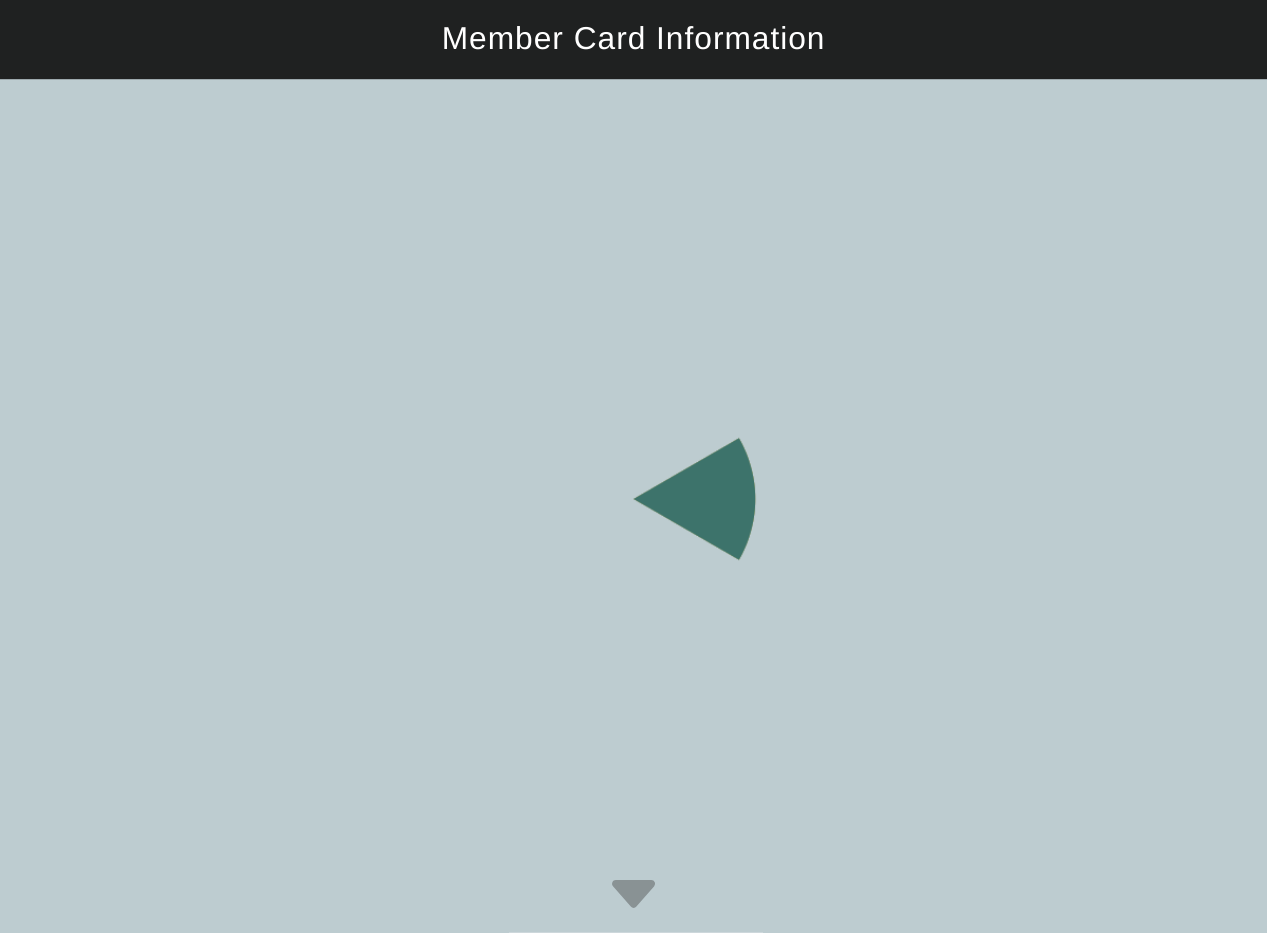
Repository: Leooook/lzhao-fed-test
Page: /
These files come from the project's save history. The page is drawn as it stood at one moment and after the next save; the edit follows.
The browser window is 1280 px wide. The pictures show the whole page, at 99% of full size.
The page's requests for data from a server got no answer. The project was rebuilt for these pictures with package versions that can differ from the ones it lists, and the page was loaded fresh each time. No one was signed in, and anything a server would have sent is missing. Also part of the build but not shown: src/components/detail.jsx.

Above is the page before, as saved 2021-03-15 21:38:05.

After the next save:
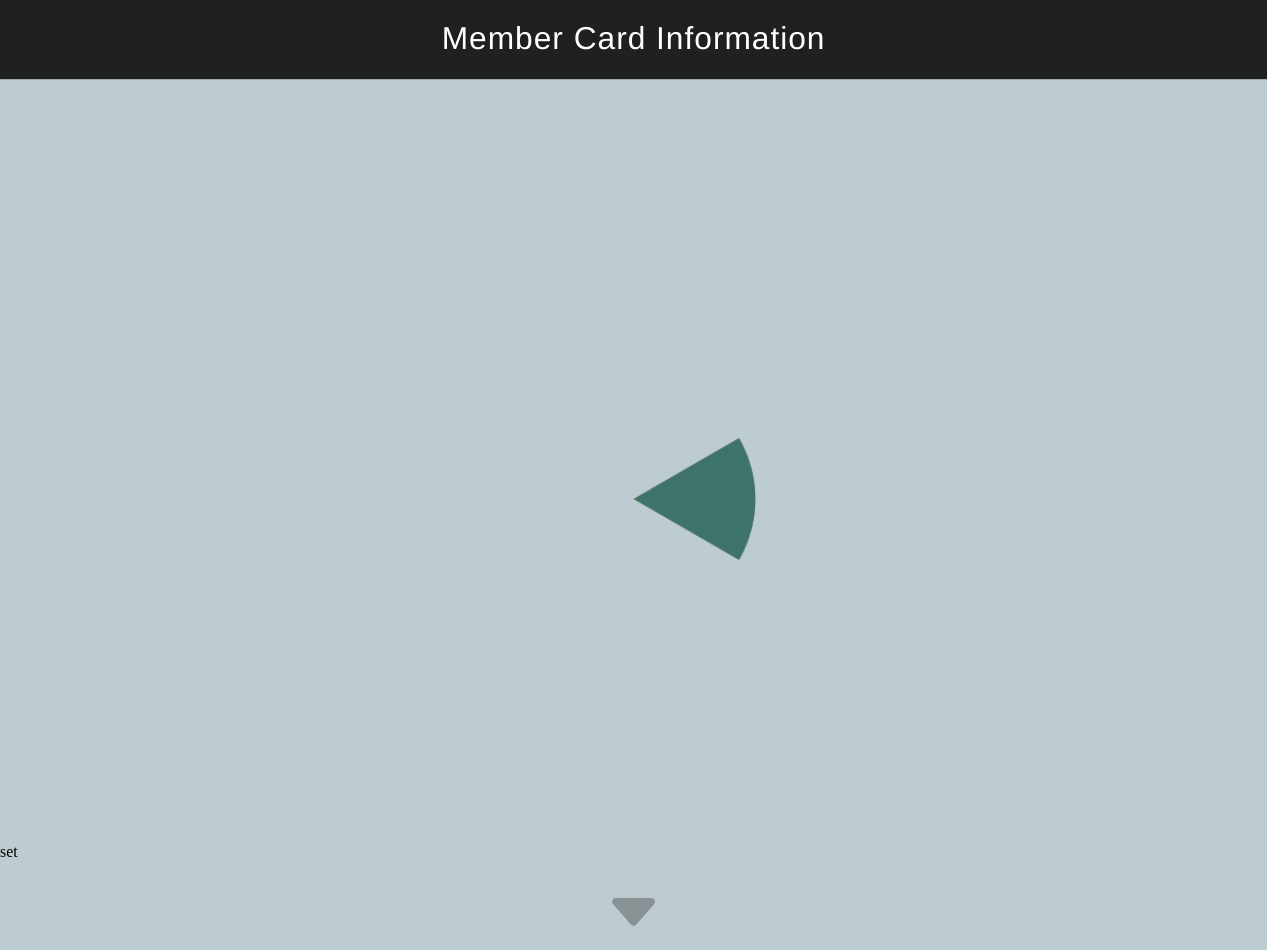
Saved 87 s later.
--- a/src/App.js
+++ b/src/App.js
@@ -18,6 +18,7 @@ export default function App() {
       {
         featureAmount.map((key) => <Feature key = {key}/>)
       }
+      set
       <BsCaretDownFill className='add-feature' onClick={() => setFeature()}/>
     </div>
   )

After the save that followed:
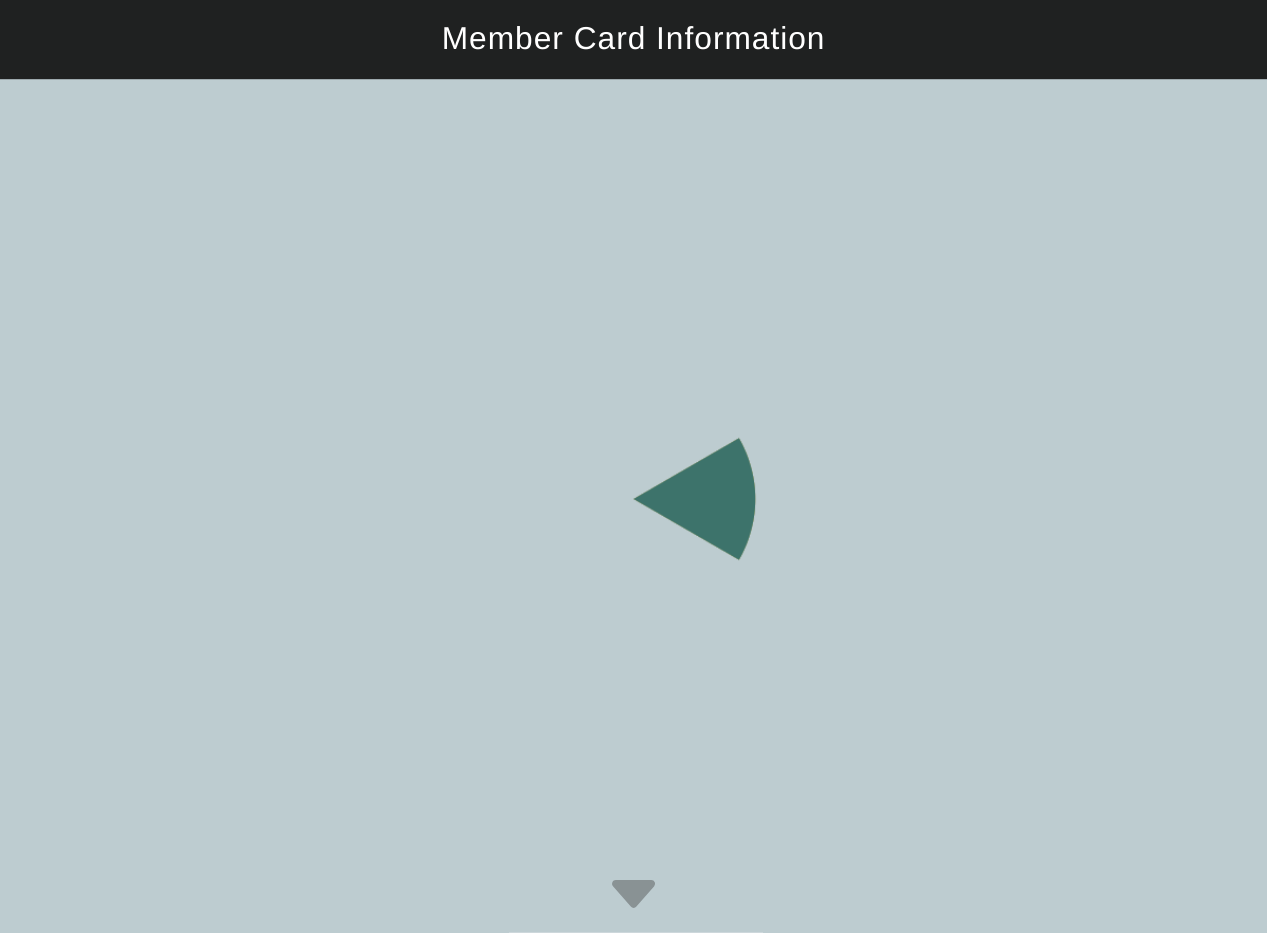
Saved 7 s later.
--- a/src/App.js
+++ b/src/App.js
@@ -18,7 +18,7 @@ export default function App() {
       {
         featureAmount.map((key) => <Feature key = {key}/>)
       }
-      set
+
       <BsCaretDownFill className='add-feature' onClick={() => setFeature()}/>
     </div>
   )
